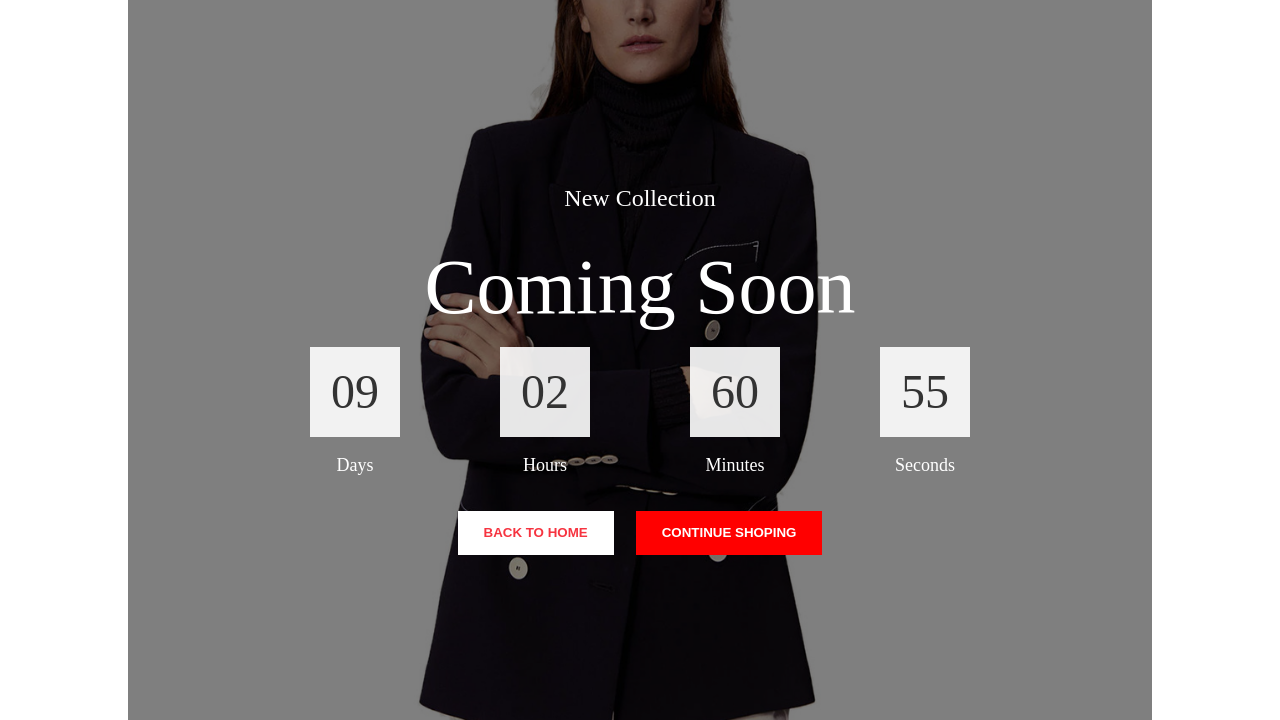
Repository: ST-United-Internship/Modaz-4life
Page: comingsoon&FAQ/coming-soon.html
These files come from the project's save history. The page is drawn as it stood at one moment and after the next save; the edit follows.
The browser window is 1280 px wide. The pictures show the whole page.

Above is the page before, as saved 2023-03-22 17:25:17.

### comingsoon&FAQ/coming-soon.html


<!DOCTYPE html>
<html lang="en">
<head>
    <meta charset="UTF-8">
    <meta http-equiv="X-UA-Compatible" content="IE=edge">
    <meta name="viewport" content="width=device-width, initial-scale=1.0">
    <link rel="stylesheet" type="text/css" href="css/comming-soon.css">
    <link rel="stylesheet" type="text/css" href="../css/common.css">
    <!-- <link href="https://cdn.jsdelivr.net/npm/bootstrap@5.3.0-alpha1/dist/css/bootstrap.min.css" rel="stylesheet" integrity="sha384-GLhlTQ8iRABdZLl6O3oVMWSktQOp6b7In1Zl3/Jr59b6EGGoI1aFkw7cmDA6j6gD" crossorigin="anonymous"> -->
    <title>Document</title>
</head>
<body>
    <section class="my-container">
        <img src="Assets/Images/bg-parallax2.jpg" alt="">
        <header>New Collection</header>
        <p>Coming Soon</p>
        <div class="time-titles">
            <div class="time days">
                <span class="number"></span>
                <span class="title-text">Days</span>
            </div>
            <div class="time hours">
                <span class="number"></span>
                <span class="title-text">Hours</span>
            </div>
            <div class="time minutes">
                <span class="number">09</span>
                <span class="title-text">Minutes</span>
            </div>
            <div class="time seconds">
                <span class="number">09</span>
                <span class="title-text">Seconds</span>
            </div>
        </div>
        <div class="flat-button">
            <button type="button" class="bg-white">BACK TO HOME</button>
            <button type="button" class="bg-black">CONTINUE SHOPING</button>
            </div>
       </section>
    </section>

    <script src="./javaScript/ScriptTime.js"></script>
    <!-- <script src="https://cdn.jsdelivr.net/npm/@popperjs/core@2.11.6/dist/umd/popper.min.js" integrity="sha384-oBqDVmMz9ATKxIep9tiCxS/Z9fNfEXiDAYTujMAeBAsjFuCZSmKbSSUnQlmh/jp3" crossorigin="anonymous"></script>
    <script src="https://cdn.jsdelivr.net/npm/bootstrap@5.3.0-alpha1/dist/js/bootstrap.min.js" integrity="sha384-mQ93GR66B00ZXjt0YO5KlohRA5SY2XofN4zfuZxLkoj1gXtW8ANNCe9d5Y3eG5eD" crossorigin="anonymous"></script> -->
</body>
</html>

### comingsoon&FAQ/css/comming-soon.css
*{
    margin: 0;
    padding: 0;
    box-sizing: border-box;

}
.my-container{
    height: 100vh;
    row-gap: 15px;
    width: 100%;
    display: flex;
    justify-content: center;
    flex-direction: column;
    overflow: hidden;
    align-items: center;
    background-color: rgb(0, 0, 0,.5);
        background-position: 50% 62px;
}

.my-container img{
    position: absolute;
    height: 100%;
    width: 100%;
    object-fit: cover;
    z-index: -1;

}

.my-container header{
    line-height: 58px;
    color: #fff;
    font-size: 24px;
}

.my-container p{
    color: #fff;
    font-size: 78px;
    line-height: 90px;
    font-weight: 500;
}

.my-container .time-titles{
    display: flex;
    column-gap: 30px;
}

.time-titles .time{
    display: flex;
    align-items: center;
    flex-direction: column;
}

.time .number{
    font-size: 48px;
    font-weight: 500;
    line-height: 90px;
    color: #333;
    width: 90px;
    height: 90px;
    background: rgba(255,255,255,.9);
    text-align: center;
    margin: 0 35px 18px;
    text-transform: capitalize;
}

.time .title-text{
    color: #fff;
}

.time .title-text{
    font-size: 18px;
    text-transform: capitalize;
}

.flat-button{
    /* position: relative;
    max-width: 360px;
    width: 100%; */
    height: 40px;
    margin-top: 20px;

}

.flat-button .bg-white{
    padding: 7px 26px;
    font-weight: 700;
    line-height: 30px;
    text-transform: uppercase;
    margin: 0 9px;
    color: #f63440;
    position: relative;
    background-size: 200% 100%;
    background-image: linear-gradient(to right, white 50%, #333 50%);
    transition: all 0.3s ease-in-out;
    border: none;
}
.flat-button .bg-black{
    padding: 7px 26px;
    font-weight: 700;
    line-height: 30px;
    text-transform: uppercase;
    margin: 0 9px;
    color: #fff;
    background-color: #f63440;
    position: relative;
    background-size: 200% 100%;
    background-image: linear-gradient(to right, red 50%, #333 50%);
    transition: all 0.3s ease-in-out;
    border: none;

}


  .bg-white:hover {
    color: white;
    background-position: -100% 0%;
  }


  .bg-black:hover {
    color: white;
    background-position: -100% 0%;
  }











@media only screen and (max-width: 500px){
    .time .number{
        font-size: 30px;
        width: 75px;
        height: 75px;
        margin: 0 20px 5px;
    }
    .flat-button .bg-white{
        padding: 0 0px;
        margin: 0 0px;
    }
    .flat-button .bg-black{
        padding: 0 0px;
        margin: 0 0px;
    }
    .my-container p{
        font-size: 40px;
    }
}


@media only screen and (max-width: 665px) {
    .my-container .time-titles{
        display: inline-block;
    }
}

### css/common.css
.my-container {
  width: 80%;
  margin: auto;
}

*,
*::before,
*::after {
  box-sizing: border-box;
}

/*Ipad ngang(1024 x 768)*/
@media screen and (max-width: 1024px) {
  .my-container {
    width: 75%;
  }
}

/*Ipad dọc(768 x 1024)*/
@media screen and (max-width: 768px) {
  .my-container {
    width: 85%;
  }
}

/*Tablet nhỏ(480 x 640)*/
@media screen and (max-width: 480px) {
  .my-container {
    width: 95%;
  }
}
/*Iphone(480 x 640)*/
@media screen and (max-width: 320px) {
  .my-container {
    width: 95%;
  }
}
/*Smart phone nhỏ*/
@media screen and (max-width: 240px) {
  .my-container {
    width: 95%;
  }
}
/* Smart watch */
@media screen and (max-width: 240px) {
  .my-container {
    width: 100%;
  }
  body {
    margin: 0;
  }
}

### comingsoon&FAQ/javaScript/ScriptTime.js
const seconds = document.querySelector(".seconds .number");
const minutes = document.querySelector(".minutes .number");
const hours = document.querySelector(".hours .number");
const days = document.querySelector(".days .number");


let secvalues = 60,
    minvalues = 60,
    houvalues = 2,
    dayvalues = 9;

const timeFunc = setInterval(()=>{
    secvalues--;
    if (secvalues === 0) {
        minvalues--
        secvalues = 60;
    }
    if (minvalues === 0) {
        houvalues--
        minvalues = 60;
    }
    if (houvalues === 0) {
        dayvalues--
        houvalues = 60;
    }
    if (dayvalues === 0) {
        clearInterval(timeFunc)
    }
    seconds.textContent = secvalues < 10 ? `0${secvalues}` : secvalues;
    minutes.textContent = minvalues < 10 ? `0${minvalues}` : minvalues;
    hours.textContent = houvalues < 10 ? `0${houvalues}` : houvalues;
    days.textContent = dayvalues < 10 ? `0${dayvalues}` : dayvalues;
    minvalues.textContent = minvalues;
},1000)

After the next save:
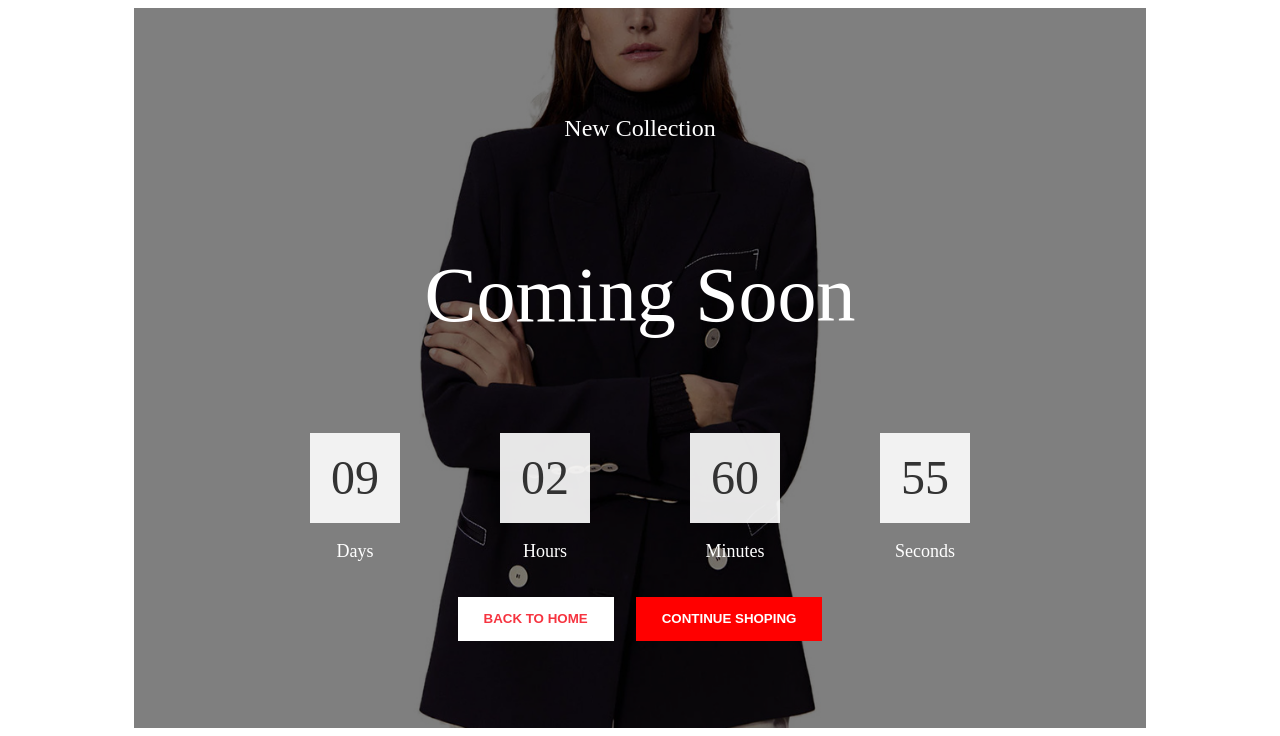
Saved 7 s later.
--- a/comingsoon&FAQ/css/comming-soon.css
+++ b/comingsoon&FAQ/css/comming-soon.css
@@ -1,9 +1,9 @@
-*{
+/* *{
     margin: 0;
     padding: 0;
     box-sizing: border-box;
 
-}
+} */
 .my-container{
     height: 100vh;
     row-gap: 15px;

After the save that followed:
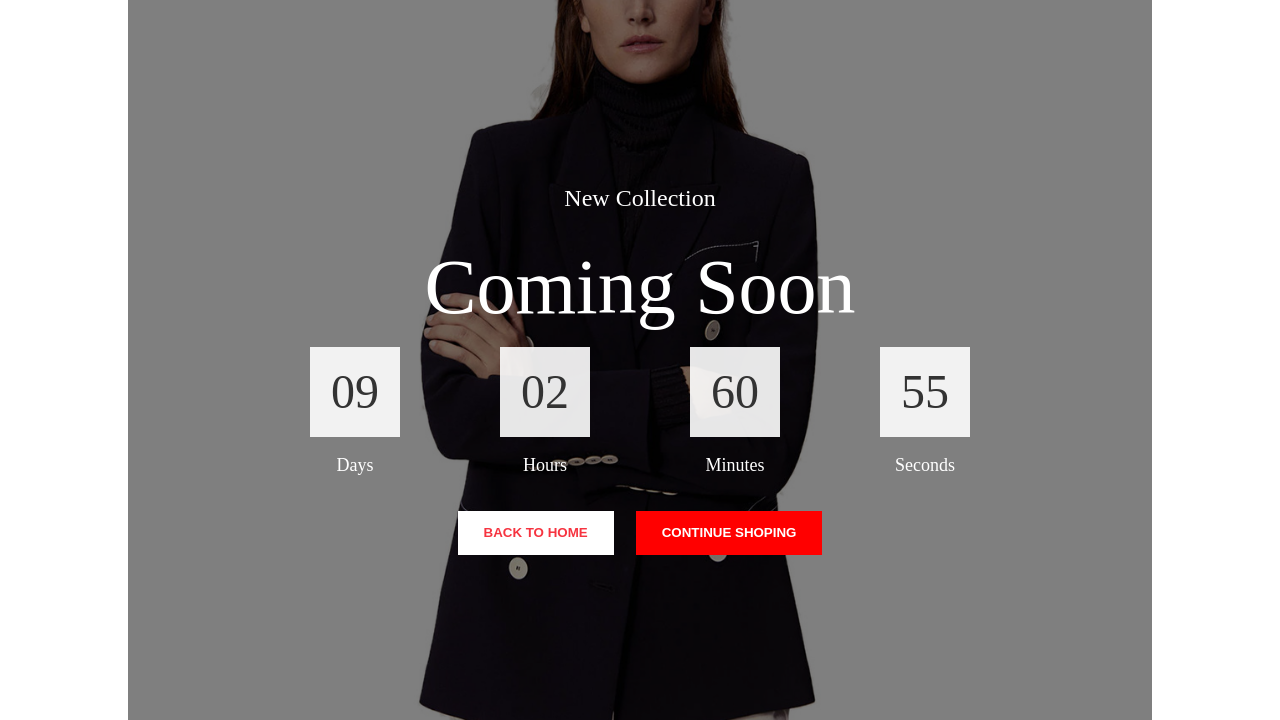
Saved 15 s later.
--- a/comingsoon&FAQ/css/comming-soon.css
+++ b/comingsoon&FAQ/css/comming-soon.css
@@ -1,9 +1,9 @@
-/* *{
+*{
     margin: 0;
     padding: 0;
     box-sizing: border-box;
 
-} */
+}
 .my-container{
     height: 100vh;
     row-gap: 15px;
